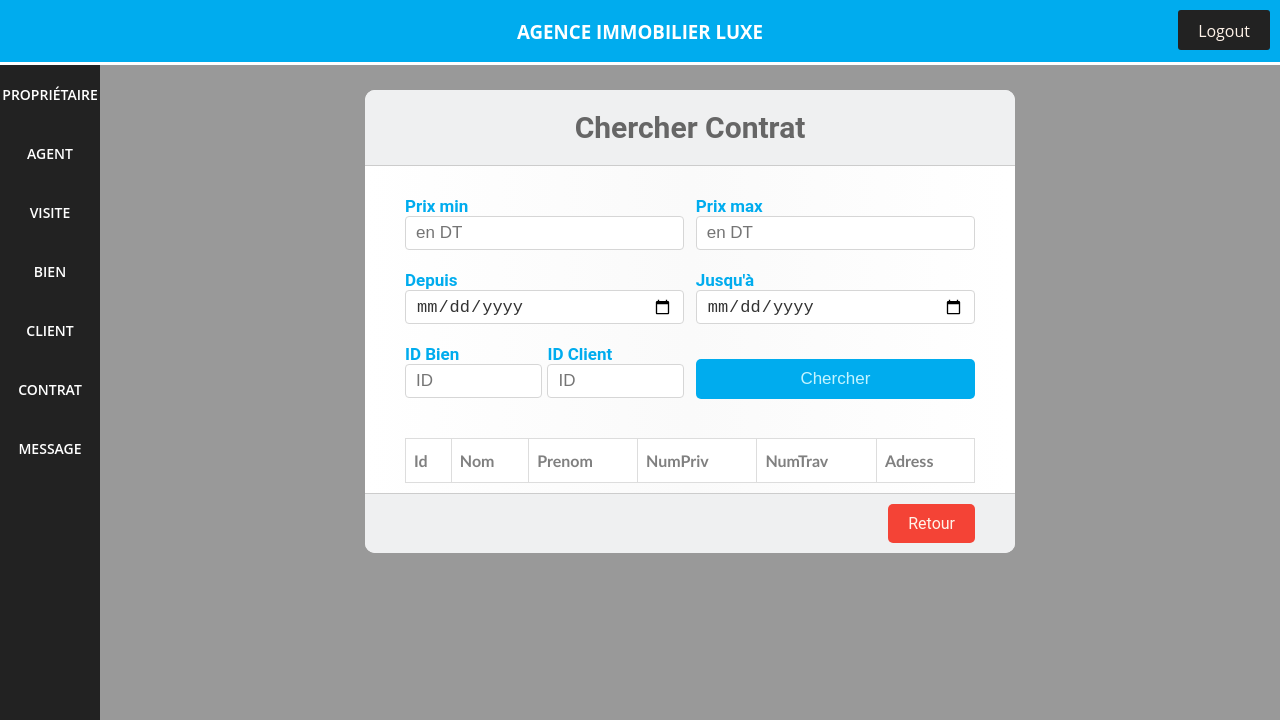
Repository: hassen-mnejja/Real_Estate_Agency_Website
Page: http://localhost/backoffice/WEB-INF/contratcherche.jsp
These files come from the project's save history. The page is drawn as it stood at one moment and after the next save; the edit follows.
The browser window is 1280 px wide. The pictures show the whole page.
Some icons come from a web library that is not loaded, so they are not drawn. The page is served by Tomcat 9. Nobody is signed in. Other server files are loaded and not shown. The template is opened directly, without the code that normally fills it, so the values that code supplies are empty.

Above is the page before, as saved 2020-06-22 18:29:32.

### backoffice/WebContent/WEB-INF/contratcherche.jsp
<%@ page language="java" contentType="text/html; charset=UTF-8" pageEncoding="UTF-8"%>
<%@ taglib uri="http://java.sun.com/jsp/jstl/core" prefix="c"%>
<!DOCTYPE html>
<html>
<head>
<script src="../JS/1351.js"></script>
<title>Chercher un contrat</title>
<link rel="stylesheet" href="../Style/MonStyle.css">
<link rel="icon" href="../Images/icon4.ico" />
<script src="../JS/jquery-3.4.1.js"></script>

<style>
.my-form {
	width: 650px;
}
</style>
</head>
<body>

	<!-- navbar -->
	<div id="nav-placeholder"></div>

	<!-- contenu -->
	<div id="contenu">
		<form class="my-form" action="chercherprop" method="post">

			<!-- form header -->
			<div class="form-header">
				<h1>Chercher Contrat</h1>
				<button type="submit" class="btn" style="display: none">Chercher</button>
			</div>

			<!-- form body -->
			<div class="form-body">

				<!-- pmin et pmax -->
				<div class="horizontal-group">
					<div class="form-group left">
						<label for="pmin" class="label-title">Prix min</label> <input type="number" id="pmin" name="pmin" class="form-input" placeholder="en DT"  value="${pmin}" />
					</div>
					<div class="form-group right">
						<label for="pmax" class="label-title">Prix max</label> <input type="number" id="pmax" name="pmax" class="form-input" placeholder="en DT"  value="${pmax}" />
					</div>
				</div>

				<!-- datemin et datemax -->
				<div class="horizontal-group">
					<div class="form-group left">
						<label for="datemin" class="label-title">Depuis</label> <input type="date" id="datemin" name="datemin" class="form-input" placeholder="en DT"  value="${datemin}" />
					</div>
					<div class="form-group right">
						<label for="datemax" class="label-title">Jusqu'à</label> <input type="date" id="datemax" name="datemax" class="form-input" placeholder="en DT"  value="${datemax}" />
					</div>
				</div>

				<!-- idbien et idclient -->
				<div class="horizontal-group">
					<div class="form-group right" style="margin-left: auto; margin-right: auto">
						<button type="submit" class="btn" style="width: 100%; margin-top: 15px">Chercher</button>
					</div>
					<div class="form-group left">
						<div class="horizontal-group">
					<div class="form-group left">
						<label for="idbien" class="label-title">ID Bien</label> <input type="text" id="idbien" class="form-input" name="idbien" placeholder="ID" value="${idbien}" />
					</div>
					<div class="form-group right">
						<label for="idclient" class="label-title">ID Client</label> <input type="text" id="idclient" class="form-input" name="idclient" placeholder="ID" value="${idclient}" />
					</div>
				</div>
					</div>
				</div>

				<!-- Table -->
				<table id="elements" style="cellspacing: 0">
					<thead>
						<tr>
							<th>Id</th>
							<th>Nom</th>
							<th>Prenom</th>
							<th>NumPriv</th>
							<th>NumTrav</th>
							<th>Adress</th>
						</tr>
					</thead>
					<tbody>
						<c:forEach var="prop" items="${listeprop}">
							<tr>
								<td><a class="aa" style="text-align: right;" href="descriptifprop?identifiant=${prop.idProp}">${prop.idProp}</a></td>
								<td style="white-space: nowrap;">${prop.nom}</td>
								<td style="white-space: nowrap;">${prop.prenom}</td>
								<td style="white-space: nowrap;">${prop.numPriv}</td>
								<td style="white-space: nowrap;">${prop.numTrav}</td>
								<td>${prop.adress}</td>
							</tr>
						</c:forEach>
					</tbody>
				</table>
			</div>

			<!-- form-footer -->
			<div class="form-footer">
				<a href="home">Retour</a>

			</div>

		</form>
	</div>

	<!-- javascript -->
	<script>
		$(function() {
			$("#nav-placeholder").load("../navbar.html");
		});
	</script>
</body>
</html>

### backoffice/WebContent/Style/MonStyle.css
@charset "ISO-8859-1";
.aa:hover {
	background-color: rgba(0, 0, 0, 0);
	color: #4088a3;
}

.aa:link, .aa:visited {
	background-color: rgba(0, 0, 0, 0);
	color: #666;
	text-decoration: none;
	display: inline-block;
	border: none;
	padding: 0px 0px;
}

.nav {
	position: fixed;
	top: 60px;
	left: 0px;
	width: 100px;
	height: 100%;
	background: #222;
	z-index: 2;
}

.contenu {
	position: fixed;
	top: 60px;
	left: 100px;
	width: 100%;
	height: 100%;
	background: #999;
	z-index: 2;
}

.header {
	position: fixed;
	left: 0;
	right: 0;
	z-index: 1002;
	min-height: 60px;
	padding: 0 15px;
	background: #00acee;
	border-bottom: 3px solid white;
}

#contenu {
	position: fixed;
	top: 60px;
	left: 100px;
	width: calc(100% - 100px);
	height: 100%;
	background: #999;
	z-index: 1;
	margin-left: auto;
	margin-right: auto;
	transition: all 500ms linear;
	overflow-y: auto;
}

#contenu.active {
	left: 0px;
	width: 100%;
}

#nav {
	left: 0px;
	transition: all 500ms linear;
}

#nav.active {
	left: -100px;
}

.nav span {
	display: block;
	font-size: 14px;
	color: #fff;
	font-weight: 600;
	text-transform: uppercase;
	margin-top: 10px;
}

.fi {
	font-size: 25px;
	color: #eee;
}

.toggle {
	position: fixed;
	font-size: 25px;
	color: #222;
	top: 15px;
	left: 40px;
	cursor: pointer;
}

.nav .nav-item {
	position: relative;
	width: 100%;
	text-align: center;
}

.nav .main-item, .nav .sub-item {
	padding: 15px 0px;
	background: #222;
}

.nav .nav-item .sub-items {
	position: absolute;
	top: 0px;
	left: -300px;
	width: max-content;
	z-index: -1;
	transition: all 300ms ease-in-out;
}

.nav .sub-items .sub-item {
	float: left;
	width: 100px;
}

.nav .main-item:hover, .nav .sub-item:hover {
	background: #00acee;
	cursor: pointer;
}

.nav .nav-item:hover .sub-items {
	left: 102px;
}

#elements {
	font-family: "Trebuchet MS", Arial, Helvetica, sans-serif;
	border-collapse: collapse;
	width: 100%;
	border: 1px solid #d6d6d6;
	border-radius: 3px 3px 3px 3px;
}

#elements td, #elements th {
	border: 1px solid #ddd;
	padding: 8px;
}

#elements tr:nth-child(even) {
	background-color: white;
}

#elements tr:nth-child(odd) {
	background-color: #eff0f1;
}

#elements tr:hover {
	background-color: #ddd;
}

#elements th {
	padding-top: 12px;
	padding-bottom: 12px;
	text-align: left;
	background-color: white;
	color: gray;
}

@import url('https://fonts.googleapis.com/css?family=Roboto');

/*---------------------------------------*/
/* Register Form */
/*---------------------------------------*/
body {
	margin: 0px;
	font-family: "Open Sans", sans-serif;
}

a:link, a:visited {
	background-color: #f44336;
	color: #fff3e9;
	padding: 10px 20px;
	text-align: center;
	text-decoration: none;
	display: inline-block;
	border: none;
	border-radius: 5px;
}

a:hover, a:active {
	background-color: #fa3c39;
	color: white;
}

.my-form {
	font-family: "Roboto", sans-serif;
	background: linear-gradient(to right, #ffffff 0%, #fafafa 50%, #ffffff 99%);
	border-radius: 10px;
	margin: 30px auto;
	width: 650px;
}

/*---------------------------------------*/
/* Form Header */
/*---------------------------------------*/
.form-header {
	background-color: #EFF0F1;
	border-top-left-radius: 10px;
	border-top-right-radius: 10px;
}

.form-header h1 {
	font-size: 30px;
	text-align: center;
	color: #666;
	padding: 20px 0;
	border-bottom: 1px solid #cccccc;
}

/*---------------------------------------*/
/* Form Body */
/*---------------------------------------*/
.form-body {
	padding: 10px 40px;
	color: #666;
}

.form-group {
	margin-bottom: 20px;
}

.form-body .label-title {
	color: #00acee;
	font-size: 17px;
	font-weight: bold;
}

.form-body .form-input {
	font-size: 17px;
	box-sizing: border-box;
	width: 100%;
	height: 34px;
	padding-left: 10px;
	padding-right: 10px;
	color: #333333;
	text-align: left;
	border: 1px solid #d6d6d6;
	border-radius: 4px;
	background: white;
	outline: none;
}

.horizontal-group .left {
	float: left;
	width: 49%;
}

.horizontal-group .right {
	float: right;
	width: 49%;
}

/*---------------------------------------*/
/* Form Footer */
/*---------------------------------------*/
.my-form .form-footer {
	background-color: #EFF0F1;
	border-bottom-left-radius: 10px;
	border-bottom-right-radius: 10px;
	padding: 10px 40px;
	text-align: right;
	border-top: 1px solid #cccccc;
	clear: both;
}

.form-footer span {
	float: left;
	margin-top: 10px;
	color: #999;
	font-style: italic;
	font-weight: thin;
}

.btn {
	display: inline-block;
	padding: 10px 20px;
	background-color: #00acee;
	font-size: 17px;
	border: none;
	border-radius: 5px;
	color: #c3f4ff;
	cursor: pointer;
}

.btn:hover {
	background-color: #11addd;
	color: white;
}

a.log {
	position: fixed;
	float: left;
	background: #222;
	border-radius: 3px 3px 3px 3px;
	height: 20px;
	top: 10px;
	right: 10px;
}

.title {
	color: white;
	text-align: center;
	cursor: pointer;
}

### backoffice/WebContent/navbar.html
<script src="JS/1351.js"></script>
<header class="header black-bg">
	<i class="fas fa-bars toggle" onclick="toggle()" id="b"></i>
	<h3 class="title" onclick="window.location.href = '/backoffice/prive/home';">AGENCE IMMOBILIER LUXE</h3>
	<a class="log" href="/backoffice/logout" id="discon">Logout</a>
</header>
<div class="nav" id="nav" style="display: block">
	<div class="nav-item">
		<div class="main-item">
			<i class="fad fa-house-user fi"></i> <span>Propriétaire</span>
		</div>
		<div class="sub-items">
			<div class="sub-item" onclick="window.location.href = '/backoffice/prive/ajouterprop';">
				<i class="fad fa-user-plus fi"></i> <span>Ajouter</span>
			</div>
			<div class="sub-item" onclick="window.location.href = '/backoffice/prive/chercherprop';">
				<i class="fad fa-search fi"></i> <span>Chercher</span>
			</div>
		</div>
	</div>
	<div class="nav-item">
		<div class="main-item">
			<i class="fad fa-user-headset fi"></i> <span>Agent</span>
		</div>
		<div class="sub-items">
			<div class="sub-item" onclick="window.location.href = '/backoffice/prive/ajouteragent';">
				<i class="fad fa-user-plus fi"></i> <span>Ajouter</span>
			</div>
			<div class="sub-item" onclick="window.location.href = '/backoffice/prive/chercheragent';">
				<i class="fad fa-search fi"></i> <span>Chercher</span>
			</div>
		</div>
	</div>
	<div class="nav-item">
		<div class="main-item">
			<i class="fad fa-house-return fi"></i> <span>Visite</span>
		</div>
		<div class="sub-items">
			<div class="sub-item">
				<i class="fad fa-calendar-plus fi"></i> <span>Programmer</span>
			</div>
			<div class="sub-item">
				<i class="fad fa-search fi"></i> <span>Chercher</span>
			</div>
		</div>
	</div>
	<div class="nav-item">
		<div class="main-item">
			<i class="fad fa-house fi"></i> <span>Bien</span>
		</div>
		<div class="sub-items">
			<div class="sub-item" onclick="window.location.href = '/backoffice/prive/ajouterbien';">
				<i class="fad fa-plus fi"></i> <span>Ajouter</span>
			</div>
			<div class="sub-item" onclick="window.location.href = '/backoffice/prive/chercherbien';">
				<i class="fad fa-search fi"></i> <span>Chercher</span>
			</div>
		</div>
	</div>
	<div class="nav-item">
		<div class="main-item">
			<i class="fad fa-user fi"></i> <span>client</span>
		</div>
		<div class="sub-items">
			<div class="sub-item">
				<i class="fad fa-user-plus fi"></i> <span>Ajouter</span>
			</div>
			<div class="sub-item">
				<i class="fad fa-search fi"></i> <span>Chercher</span>
			</div>
		</div>
	</div>
	<div class="nav-item">
		<div class="main-item">
			<i class="fad fa-file fi"></i> <span>contrat</span>
		</div>
		<div class="sub-items">
			<div class="sub-item" onclick="window.location.href = '/backoffice/prive/ajoutercontrat';">
				<i class="fad fa-file-plus fi"></i> <span>Ajouter</span>
			</div>
			<div class="sub-item" onclick="window.location.href = '/backoffice/prive/cherchercontrat';">
				<i class="fad fa-file-search fi"></i> <span>Chercher</span>
			</div>
		</div>
	</div>
	<div class="nav-item">
		<div class="main-item">
			<i class="fad fa-comments-alt fi"></i> <span>Message</span>
		</div>
		<div class="sub-items">
			<div class="sub-item">
				<i class="fad fa-comment-alt-plus fi"></i> <span>Ajouter</span>
			</div>
			<div class="sub-item">
				<i class="fad fa-inbox fi"></i> <span>Chercher</span>
			</div>
		</div>
	</div>
</div>
<script>
	function toggle() {
		document.getElementById("nav").classList.toggle('active');
		document.getElementById("contenu").classList.toggle('active');
	}
</script>

Loaded but not shown: backoffice/WebContent/JS/1351.js (library); backoffice/WebContent/JS/jquery-3.4.1.js (library)

After the next save:
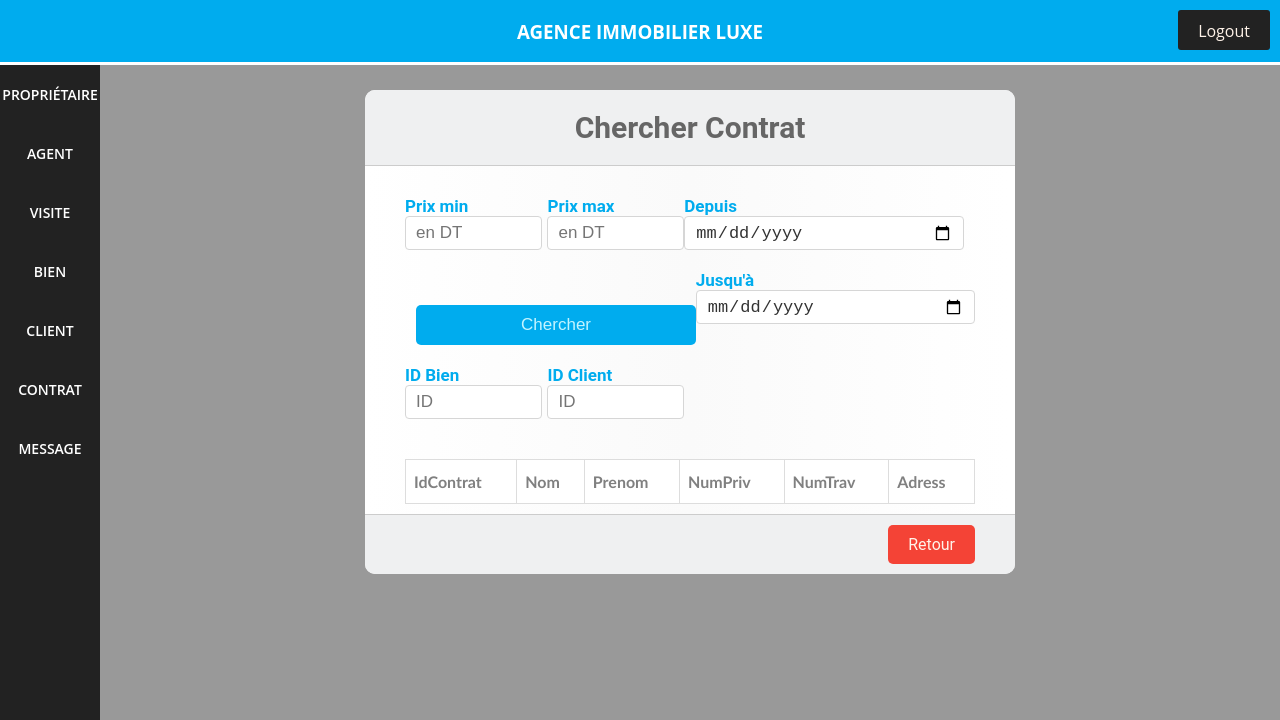
Saved 2 min 49 s later.
--- a/backoffice/WebContent/WEB-INF/contratcherche.jsp
+++ b/backoffice/WebContent/WEB-INF/contratcherche.jsp
@@ -35,11 +35,13 @@
 
 				<!-- pmin et pmax -->
 				<div class="horizontal-group">
+				<div class="form-group left">
 					<div class="form-group left">
 						<label for="pmin" class="label-title">Prix min</label> <input type="number" id="pmin" name="pmin" class="form-input" placeholder="en DT"  value="${pmin}" />
 					</div>
 					<div class="form-group right">
 						<label for="pmax" class="label-title">Prix max</label> <input type="number" id="pmax" name="pmax" class="form-input" placeholder="en DT"  value="${pmax}" />
+					</div>
 					</div>
 				</div>
 
@@ -74,7 +76,7 @@
 				<table id="elements" style="cellspacing: 0">
 					<thead>
 						<tr>
-							<th>Id</th>
+							<th>IdContrat</th>
 							<th>Nom</th>
 							<th>Prenom</th>
 							<th>NumPriv</th>
